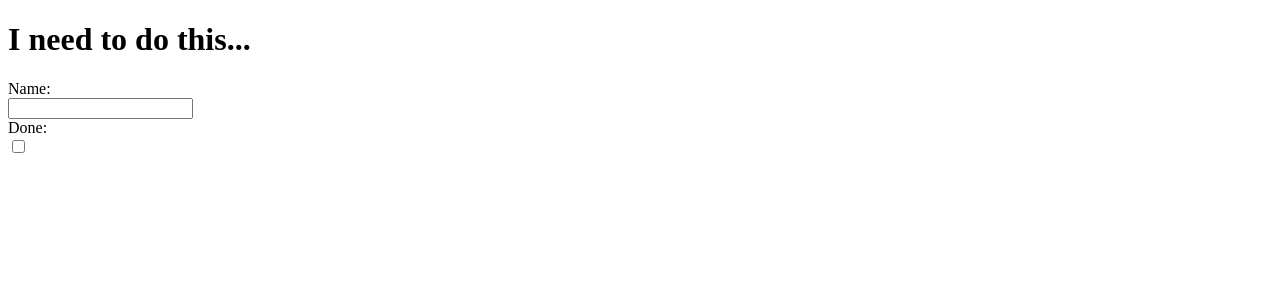
Repository: chrismurray1980/django-todo
Page: http://localhost/add
The author's editor kept a record of every edit. The page is drawn from the files as they stood at one moment, then again after the next edit.
The browser window is 1280 px wide. The pictures show the whole page.
The page is served by the project's application, run on Django 2.2 (manage.py). Other server files are loaded and not shown.

Above is the page before.

### todo/views.py
from django.shortcuts import render, HttpResponse, redirect, get_object_or_404
from .models import Item
from .forms import ItemForm

# Create your views here.
def get_todo_list(request):
    results = Item.objects.all()
    return render(request, "todo_list.html", {'items': results})

def create_an_item(request):
    if request.method=="POST":
        form =ItemForm(request.POST, request.FILES)
        if form.is_valid():
            form.save()
            return redirect(get_todo_list)
    else:
        form =ItemForm()
    return render(request, "item_form.html", {'form':form})

def edit_an_item(request, id):
    item=get_object_or_404(Item, pk=id)
    if request.method=="POST":
        form =ItemForm(request.POST, instance=item)
        if form.is_valid():
            form.save()
            return redirect(get_todo_list)
    else:
        form =ItemForm(instance=item)
    return render(request, "item_form.html", {'form': form})

def toggle_status(request, id):
    item=get_object_or_404(Item, pk=id)
    item.done = not item.done
    item.save()
    return redirect(get_todo_list)

### todo/templates/item_form.html
<!DOCTYPE html>
<html lang="en">
<head>
    <meta charset="UTF-8">
    <meta name="viewport" content="width=device-width, initial-scale=1.0">
    <meta http-equiv="X-UA-Compatible" content="ie=edge">
    <title>Document</title>
</head>
<body>
    <h1>I need to do this...</h1>

    <form method='POST'>
        <label for="id_name">Name:</label><br>
        <input type="text" id="id_name" name="name"/><br>
        <label for="id_done">Done:</label><br>
        <input type="checkbox" id="id_done" name="done"/><br>
    </form>

</body>
</html>

### todo/forms.py
from django import forms
from .models import Item

class ItemForm(forms.ModelForm):
    class Meta:
        model = Item
        fields = ('name', 'done')

### todo/models.py
from django.db import models

# Create your models here.
class Item(models.Model):
    name = models.CharField(max_length=30, blank=False)
    done = models.BooleanField(blank=False, default=False)

    def __str__(self):
        return self.name

### django_todo/urls.py
"""django_todo URL Configuration

The `urlpatterns` list routes URLs to views. For more information please see:
    https://docs.djangoproject.com/en/1.11/topics/http/urls/
Examples:
Function views
    1. Add an import:  from my_app import views
    2. Add a URL to urlpatterns:  url(r'^$', views.home, name='home')
Class-based views
    1. Add an import:  from other_app.views import Home
    2. Add a URL to urlpatterns:  url(r'^$', Home.as_view(), name='home')
Including another URLconf
    1. Import the include() function: from django.conf.urls import url, include
    2. Add a URL to urlpatterns:  url(r'^blog/', include('blog.urls'))
"""
from django.conf.urls import url
from django.contrib import admin
from todo.views import get_todo_list, create_an_item, edit_an_item, toggle_status

urlpatterns = [
    url(r'^admin/', admin.site.urls),
    url(r'^$', get_todo_list),
    url(r'^add$', create_an_item),
    url(r'^edit/(?P<id>\d+)$', edit_an_item),
    url(r'^toggle/(?P<id>\d+)$', toggle_status),
]

After the next edit:
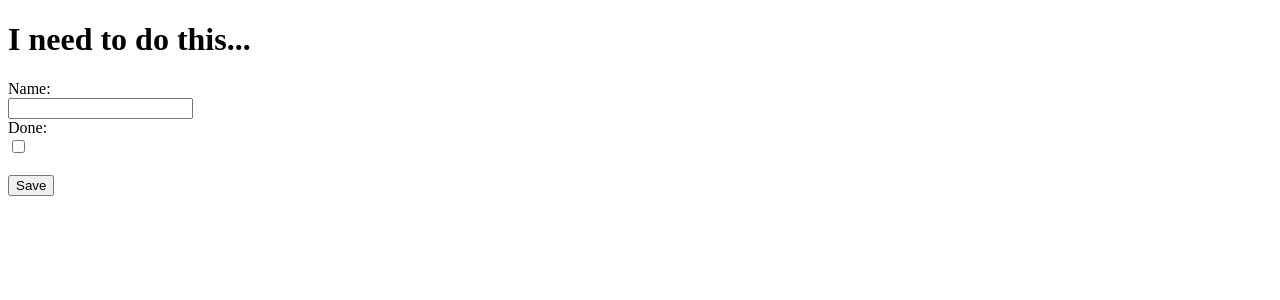
The edit:
--- a/todo/templates/item_form.html
+++ b/todo/templates/item_form.html
@@ -14,6 +14,8 @@
         <input type="text" id="id_name" name="name"/><br>
         <label for="id_done">Done:</label><br>
         <input type="checkbox" id="id_done" name="done"/><br>
+        <br>
+        <button type="submit">Save</button>
     </form>
 
 </body>
